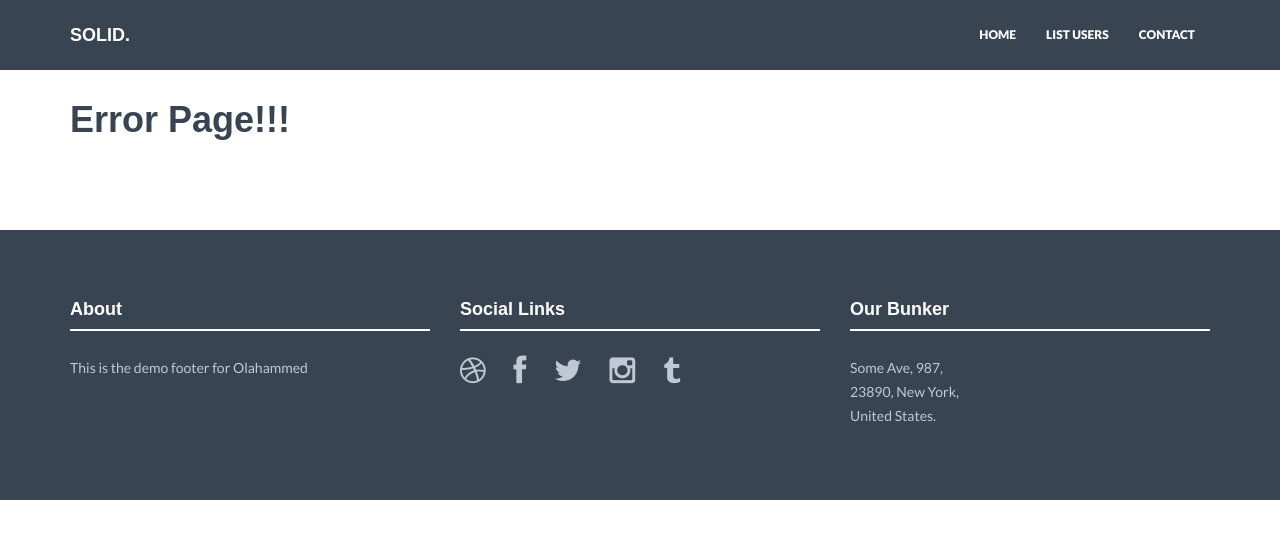
Repository: RedOx98/eclipse-workspace
Page: http://localhost/SessionsContinued/error.jsp
The author's editor kept a copy of each file at every save. The page is drawn from the files as they stood at one save, then again after the next save.
The browser window is 1280 px wide. The pictures show the whole page.
Some web fonts or font styles are not loaded; a fallback is used. Some web libraries are served in a nearby version. The page is served by Tomcat 10.

Above is the page before, as saved 2024-05-24 10:42:07.

After the next save:
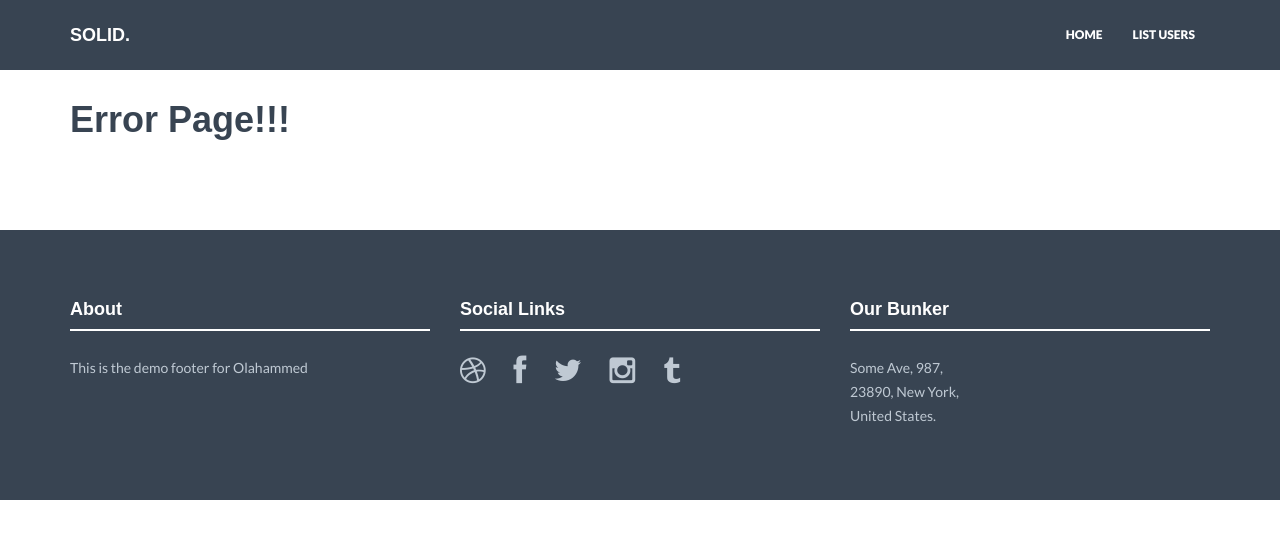
Saved 81 s later.
--- a/SessionsContinued/src/main/webapp/include/header.jsp
+++ b/SessionsContinued/src/main/webapp/include/header.jsp
@@ -49,7 +49,6 @@
           <ul class="nav navbar-nav">
             <li><a href="<%=request.getContextPath()%>/home?page=home">HOME</a></li>
             <li><a href="<%=request.getContextPath()%>/home?page=listusers">LIST USERS</a></li>
-            <li class="<%=request.getContextPath()%>/home?page=home"><a href="contact.html">CONTACT</a></li>
             <!-- <li class="dropdown">
               <a href="#" class="dropdown-toggle" data-toggle="dropdown">PAGES <b class="caret"></b></a>
               <ul class="dropdown-menu">
